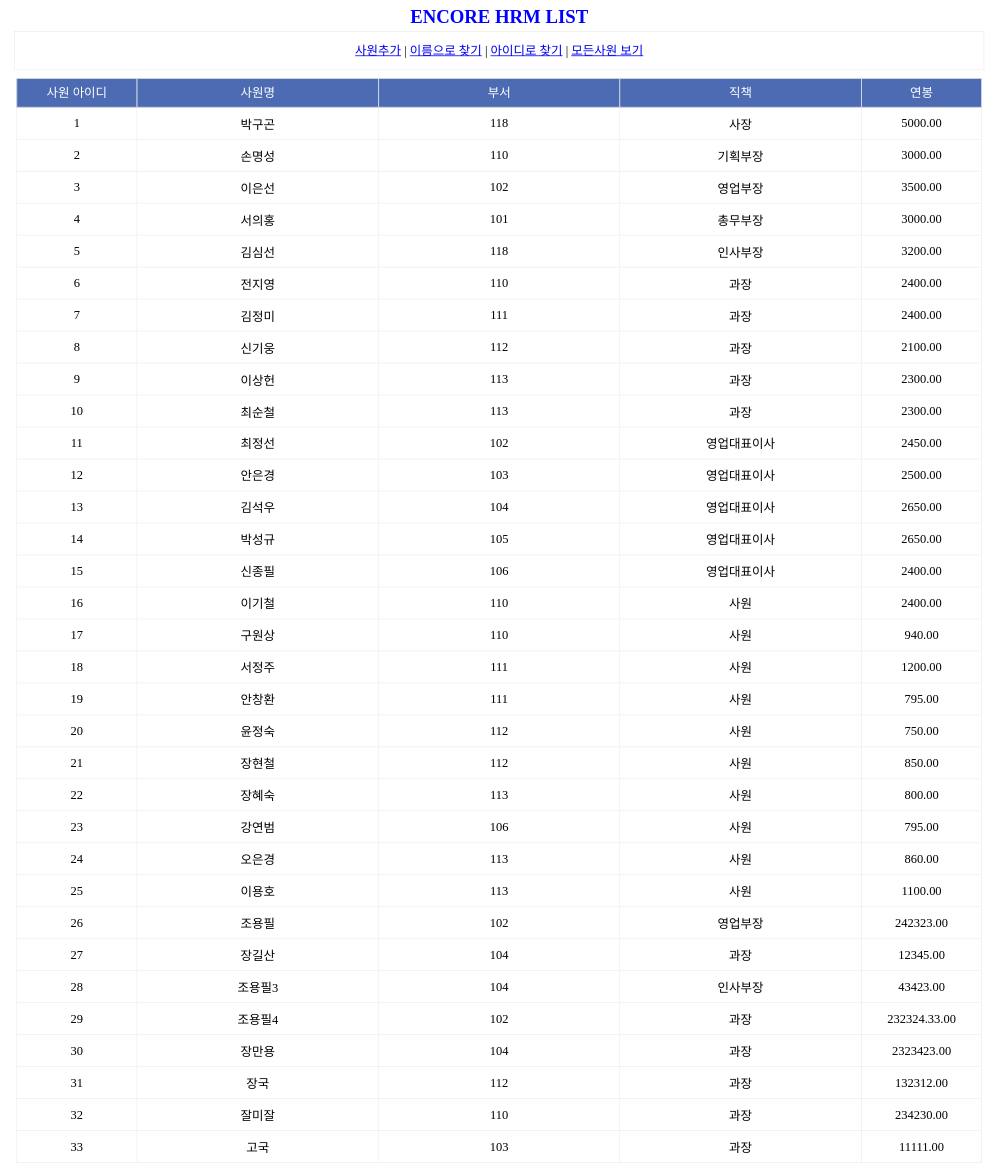
Repository: Migorithm/front_work
Page: front09_VUE/src/main/webapp/index01.html
The author's editor kept a copy of each file at every save. The page is drawn from the files as they stood at one save, then again after the next save.
The browser window is 1280 px wide. The pictures show the whole page, at 78% of full size.
Some web libraries are served in a nearby version.

Above is the page before, as saved 2021-09-09 05:55:14.

### front09_VUE/src/main/webapp/index01.html
<!DOCTYPE html>
<html>
<head>
<meta http-equiv="Content-Type" content="text/html;charset=utf-8" />
<link rel="stylesheet" type="text/css" href="./table.css"/>
<title>ENCORE</title>
  <script src="https://unpkg.com/vue"></script>
  <script src="https://cdnjs.cloudflare.com/ajax/libs/axios/0.18.0/axios.js"></script>
  <script src="https://cdn.jsdelivr.net/npm/vue"></script>
</head>
<body>
<div id='app'>
<div class='headtitle'><h2>ENCORE HRM LIST</h2></div>
<div class='search_box'>
<a href='./index04.html'>사원추가</a> |
<a href='./index03.html'>이름으로 찾기</a> |
<a href='./index02.html'>아이디로 찾기</a> |
<a href='./index01.html'>모든사원 보기</a>
</div>
<table class='list_table'>
<col width="10%"><col width="20%">
<col width="20%"><col width="20%"><col width="10%">
<thead>
<tr>
  <th>사원 아이디</th>
  <th>사원명</th>
  <th>부서</th>
  <th>직책</th>
  <th>연봉</th>
</tr>
</thead>
<tbody>
	<!--  여기에 <tr v-for -->
	<tr v-for="emp in employee">
		<td>{{emp.id}}</td><td>{{emp.name}}</td><td>{{emp.dept_id}}</td><td>{{emp.title}}</td><td>{{emp.salary | rounder}}</td>
	</tr>
</tbody>
</table>
</div>
</body>
<script>
	var app = new Vue({
		el:"#app",
		data:{employee:[
			{"id":1,"name":"박구곤","mailid":"sky98","start_date":"1990-03-03","manager_id":0,"title":"사장","dept_id":118,"salary":5000.0,"commission_pct":0.0},
			{"id":2,"name":"손명성","mailid":"2xxsig","start_date":"1990-03-08","manager_id":1,"title":"기획부장","dept_id":110,"salary":3000.0,"commission_pct":0.0},
			{"id":3,"name":"이은선","mailid":"ch21175","start_date":"1991-06-17","manager_id":1,"title":"영업부장","dept_id":102,"salary":3500.0,"commission_pct":0.0},
			{"id":4,"name":"서의홍","mailid":"mquickto","start_date":"1990-04-07","manager_id":1,"title":"총무부장","dept_id":101,"salary":3000.0,"commission_pct":0.0},
			{"id":5,"name":"김심선","mailid":"aropebur","start_date":"1990-03-04","manager_id":1,"title":"인사부장","dept_id":118,"salary":3200.0,"commission_pct":0.0},
			{"id":6,"name":"전지영","mailid":"murguhar","start_date":"1991-01-18","manager_id":2,"title":"과장","dept_id":110,"salary":2400.0,"commission_pct":0.0},
			{"id":7,"name":"김정미","mailid":"enchu","start_date":"1990-05-14","manager_id":2,"title":"과장","dept_id":111,"salary":2400.0,"commission_pct":0.0},
			{"id":8,"name":"신기웅","mailid":"bbiri","start_date":"1990-04-07","manager_id":2,"title":"과장","dept_id":112,"salary":2100.0,"commission_pct":0.0},
			{"id":9,"name":"이상헌","mailid":"acatchpo","start_date":"1992-02-09","manager_id":2,"title":"과장","dept_id":113,"salary":2300.0,"commission_pct":0.0},
			{"id":10,"name":"최순철","mailid":"mhavel","start_date":"1991-02-27","manager_id":2,"title":"과장","dept_id":113,"salary":2300.0,"commission_pct":0.0},
			{"id":11,"name":"최정선","mailid":"cmagee","start_date":"1990-05-14","manager_id":3,"title":"영업대표이사","dept_id":102,"salary":2450.0,"commission_pct":10.0},
			{"id":12,"name":"안은경","mailid":"hgiljum","start_date":"1992-01-18","manager_id":3,"title":"영업대표이사","dept_id":103,"salary":2500.0,"commission_pct":12.5},
			{"id":13,"name":"김석우","mailid":"ysedeghi","start_date":"1991-02-18","manager_id":3,"title":"영업대표이사","dept_id":104,"salary":2650.0,"commission_pct":10.0},
			{"id":14,"name":"박성규","mailid":"mnguyen","start_date":"1992-01-22","manager_id":3,"title":"영업대표이사","dept_id":105,"salary":2650.0,"commission_pct":15.0},
			{"id":15,"name":"신종필","mailid":"adumas","start_date":"1991-10-09","manager_id":3,"title":"영업대표이사","dept_id":106,"salary":2400.0,"commission_pct":17.5},
			{"id":16,"name":"이기철","mailid":"emaduro","start_date":"1992-02-07","manager_id":6,"title":"사원","dept_id":110,"salary":2400.0,"commission_pct":0.0},
			{"id":17,"name":"구원상","mailid":"gsmith","start_date":"1990-03-08","manager_id":6,"title":"사원","dept_id":110,"salary":940.0,"commission_pct":0.0},
			{"id":18,"name":"서정주","mailid":"anozaki","start_date":"1991-02-09","manager_id":7,"title":"사원","dept_id":111,"salary":1200.0,"commission_pct":0.0},
			{"id":19,"name":"안창환","mailid":"vpatel","start_date":"1991-08-06","manager_id":7,"title":"사원","dept_id":111,"salary":795.0,"commission_pct":0.0},
			{"id":20,"name":"윤정숙","mailid":"cnewman","start_date":"1991-07-21","manager_id":8,"title":"사원","dept_id":112,"salary":750.0,"commission_pct":0.0},
			{"id":21,"name":"장현철","mailid":"amarkari","start_date":"1991-05-26","manager_id":8,"title":"사원","dept_id":112,"salary":850.0,"commission_pct":0.0},
			{"id":22,"name":"장혜숙","mailid":"echang","start_date":"1990-11-30","manager_id":9,"title":"사원","dept_id":113,"salary":800.0,"commission_pct":0.0},
			{"id":23,"name":"강연범","mailid":"rpatel","start_date":"1990-10-17","manager_id":9,"title":"사원","dept_id":106,"salary":795.0,"commission_pct":0.0},
			{"id":24,"name":"오은경","mailid":"bdancs","start_date":"1991-03-17","manager_id":10,"title":"사원","dept_id":113,"salary":860.0,"commission_pct":0.0},
			{"id":25,"name":"이용호","mailid":"sschwart","start_date":"1991-05-09","manager_id":10,"title":"사원","dept_id":113,"salary":1100.0,"commission_pct":0.0},
			{"id":26,"name":"조용필","mailid":"czccc","start_date":"2019-04-08","manager_id":1,"title":"영업부장","dept_id":102,"salary":242323.0,"commission_pct":0.0},
			{"id":27,"name":"장길산","mailid":"jang","start_date":"2019-04-08","manager_id":5,"title":"과장","dept_id":104,"salary":12345.0,"commission_pct":0.0},
			{"id":28,"name":"조용필3","mailid":"cjo","start_date":"2019-04-07","manager_id":3,"title":"인사부장","dept_id":104,"salary":43423.0,"commission_pct":0.0},
			{"id":29,"name":"조용필4","mailid":"joj","start_date":"2019-04-02","manager_id":3,"title":"과장","dept_id":102,"salary":232324.33,"commission_pct":0.0},
			{"id":30,"name":"장만용","mailid":"ja","start_date":"2019-04-08","manager_id":3,"title":"과장","dept_id":104,"salary":2323423.0,"commission_pct":0.0},
			{"id":31,"name":"장국","mailid":"janguk","start_date":"2019-04-08","manager_id":1,"title":"과장","dept_id":112,"salary":132312.0,"commission_pct":0.0},
			{"id":32,"name":"잘미잘","mailid":"dfsdfd","start_date":"2019-03-11","manager_id":1,"title":"과장","dept_id":110,"salary":234230.0,"commission_pct":0.0},
			{"id":33,"name":"고국","mailid":"gogul","start_date":"2019-04-01","manager_id":1,"title":"과장","dept_id":103,"salary":11111.0,"commission_pct":0.0}]},
		filters:{rounder:function(value){

			return parseFloat(value) +".00"


		}}


	})

 </script>
</html>

### front09_VUE/src/main/webapp/table.css
@CHARSET "UTF-8";
/* input elements */
input		{font-size:12px;}
textarea	{font-size:12px;}
input.txt	{padding-top:3px; height:18px;}
select		{font-size:12px; height:20px;}
 .headtitle  { margin:auto; padding:0px; text-align:center; color: blue; font-family: serif;}
 .headtitle  > h2 { margin:auto; padding:0px; text-align:center; color: blue; font-family: serif; }
	.list_table { width:98%; border-bottom:1px solid #EFEFEF; border-right:1px solid #EFEFEF; border-collapse:collapse; margin-left:auto; margin-right:auto; clear:both; }
	.list_table2 { width:98%; border-bottom:1px solid #EFEFEF; border-right:1px solid #EFEFEF; border-collapse:collapse; margin-left:auto; margin-right:auto; clear:both; vertical-align:middle; text-align: center}
	.list_table td,.list_table th { text-align:center; border-top:1px solid #EFEFEF; border-left:1px solid #EFEFEF; padding:0.3em; }
	.list_table th { background-color:#4D6BB3; color:#FFFFFF; line-height:1.7em; font-weight:normal;}
	.list_table tr td { padding-top:0.5em; padding-bottom:0.5em;}
	.list_table td.title { padding-left:0.5em; text-align:left; }
	.list_table td.title a:hover { text-decoration:underline; }
	.list_table th, .list_table td { vertical-align:middle; }

	.list_table select { height:19px; border:#CCCCCC solid 1px; vertical-align:middle; line-height: 1.8em; padding-left:0px; }
	.list_table select option { margin-right:10px; }
	.list_table .selected_row { border:solid 0px #EFEFEF; }
	.list_table .sele { padding:0; margin:0; }

	.content_table { width:98%; border-bottom:1px solid #EFEFEF; border-right:1px solid #EFEFEF; border-collapse:collapse; margin-left:auto; margin-right:auto;  clear:both; }
	.content_table td, .content_table th { text-align:center; border-top:1px solid #EFEFEF; border-left:1px solid #EFEFEF; padding:0.3em; }
	.content_table th { background-color:#4D6BB3; color:#FFFFFF; line-height: 1.7em; font-weight:normal;}
	.content_table td { padding-left:5px; text-align:left; line-height: 1.7em; }
	.content_table td.contents { width:100%; height:400px; overflow:auto; }

	.content_table th, .content_table td { vertical-align:middle; }

	.content_table select { height:19px; border:#CCCCCC solid 1px; vertical-align:middle; line-height: 1.8em; padding-left:0px; }
	.content_table select option { margin-right:10px; }

	#files_wrap { width:99.5%; margin-left:auto; margin-right:auto; }
	#files_wrap #_file_list_item { list-style-type:disc; }

	.box_border { width:98%; border-width:1px; border-style:solid; border-color:#EFEFEF; background-color:#FFFFFF; text-align:right; padding:2px; margin-top:5px; margin-bottom:10px; margin-left:auto; margin-right:auto;}
	.search_box { width:98%; border-width:1px; border-style:solid; border-color:#EFEFEF; background-color:#FFFFFF; padding:2px; padding-top:7px; padding-bottom:7px; margin-top:5px; margin-bottom:10px; margin-left:auto; margin-right:auto; margin-top:5px; margin-bottom:10px; text-align:center; line-height:2.1em;}

	.items_title { text-align:left; margin-left:auto; margin-right:auto; padding-left:28px; padding-top:3px; background-image:url("../image/shape_square.png"); background-repeat:no-repeat; background-position:10px 0px; margin-top:25px; margin-bottom:1px; font-size:12px; font-weight:bold; }
	.items_description { width:98%; border-width:1px; border-style: solid; border-color:#EFEFEF; background-color:#FFFFFF; text-align:left; line-height:2.5; padding:2px; margin:0px;}

	.checkbox_lable {
		vertical-align:2px; margin-left:5px; margin-right:5px;
		_vertical-align:4px; _margin-left:0px; _margin-right:2px;   /* IE6 Hack */
	}

	.go_view { cursor:pointer; text-align:left; padding-left:3px;}

	.calendar_icon { cursor:pointer; border:0; width:22px; vertical-align:-6px; *vertical-align:-6px; }

	.tored {color:#aabbcc;background-color: #ddbbaa}

After the next save:
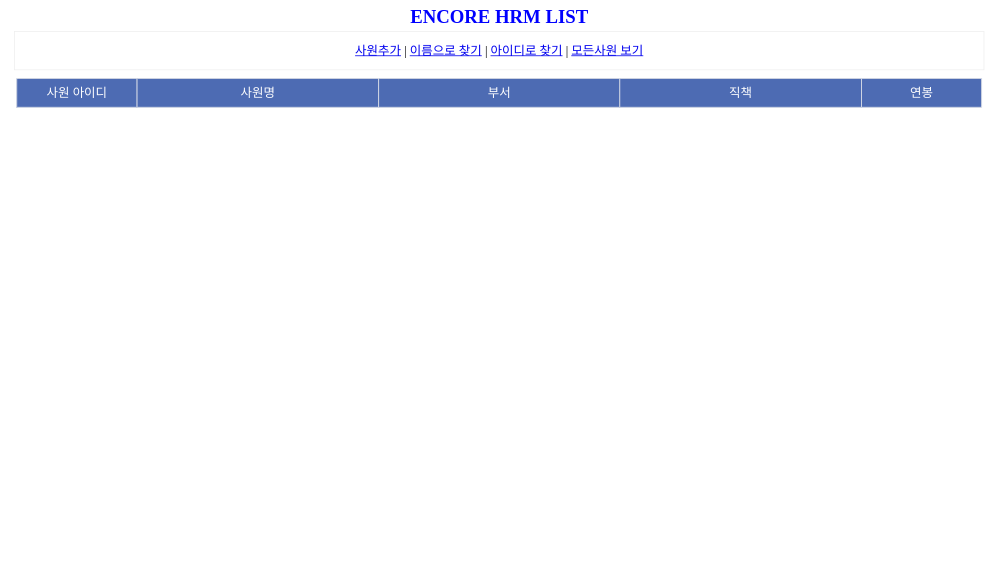
Saved 31 s later.
--- a/front09_VUE/src/main/webapp/index01.html
+++ b/front09_VUE/src/main/webapp/index01.html
@@ -31,7 +31,7 @@
 </thead>
 <tbody>
 	<!--  여기에 <tr v-for -->
-	<tr v-for="emp in employee">
+	<tr v-for="emp in employee" v-if="typeof emp.salary ==float">
 		<td>{{emp.id}}</td><td>{{emp.name}}</td><td>{{emp.dept_id}}</td><td>{{emp.title}}</td><td>{{emp.salary | rounder}}</td>
 	</tr>
 </tbody>

After the save that followed:
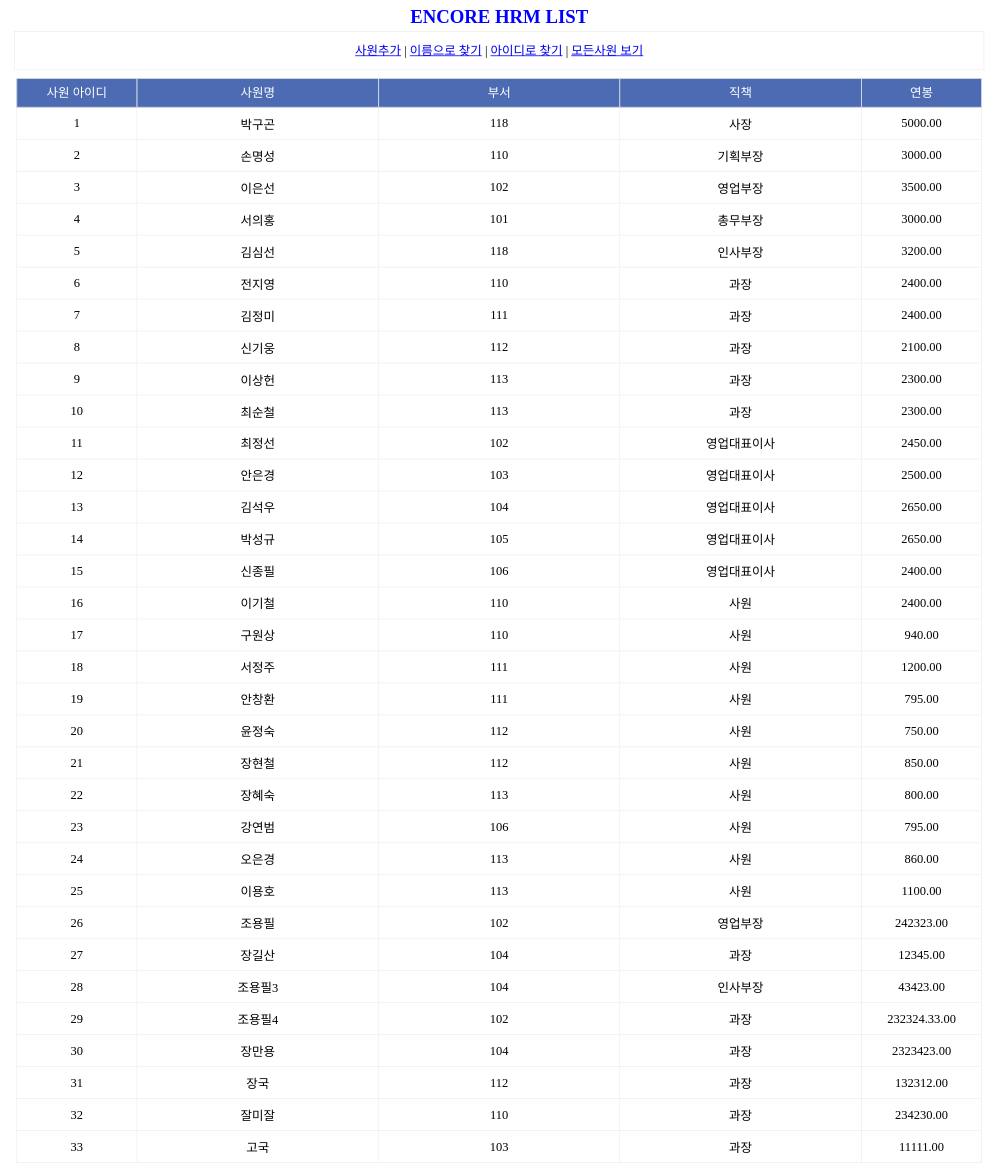
Saved 19 s later.
--- a/front09_VUE/src/main/webapp/index01.html
+++ b/front09_VUE/src/main/webapp/index01.html
@@ -31,7 +31,7 @@
 </thead>
 <tbody>
 	<!--  여기에 <tr v-for -->
-	<tr v-for="emp in employee" v-if="typeof emp.salary ==float">
+	<tr v-for="emp in employee" v-if="emp.salary">
 		<td>{{emp.id}}</td><td>{{emp.name}}</td><td>{{emp.dept_id}}</td><td>{{emp.title}}</td><td>{{emp.salary | rounder}}</td>
 	</tr>
 </tbody>
